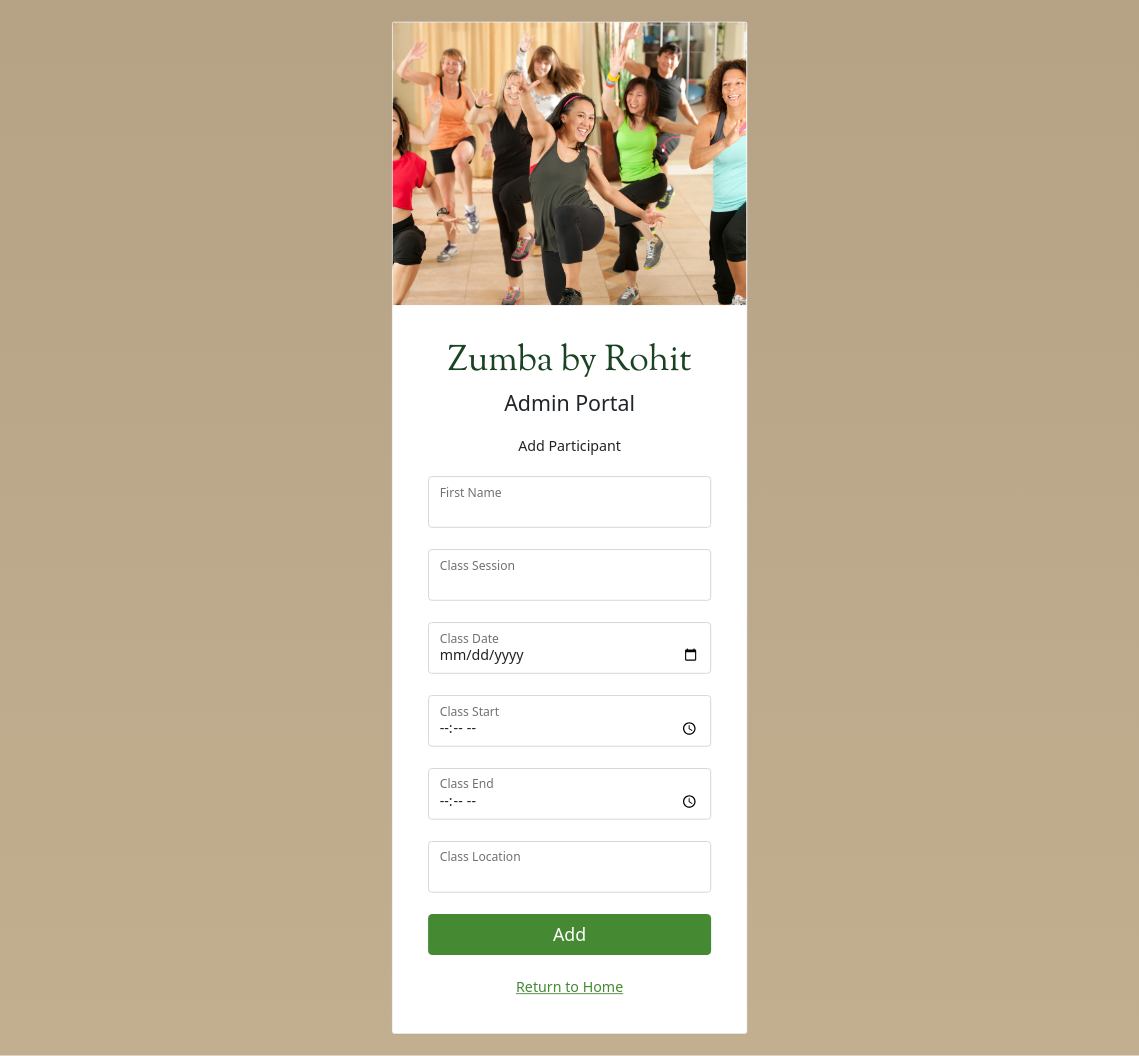
Repository: ronetteguevara/CalTech-ZumbaApp
Page: ZumbaApp/ZumbaApp/src/main/webapp/add-participant.html
The author's editor kept a copy of each file at every save. The page is drawn from the files as they stood at one save, then again after the next save.
The browser window is 1280 px wide. The pictures show the whole page, at 89% of full size.

Above is the page before, as saved 2024-05-01 01:06:35.

### ZumbaApp/ZumbaApp/src/main/webapp/add-participant.html
<!DOCTYPE html>
<html>
<head>
<meta charset="UTF-8">
<title>Add Participant</title>
<link rel="stylesheet" href="css/bootstrap.css"></link>
<link rel="stylesheet" href="style.css"></link>
</head>
<body class="gradient-background">

	<div class="my-4 d-flex justify-content-center col-xl-12 col-lg-12 col-md-12 col-sm-12 col-12" data-new-gr-c-s-check-loaded="14.1169.0" data-gr-ext-installed="">
	<main class="form-signin d-flex justify-content-center">
	<form action="   " method="post">
		<div class="card" style="width: 25rem;">
			<img src="assets/Add_Class.png" class="card-img-top" alt="Rohit smiling">
		<div class="card-body text-center">
			<h1 class="mt-4 mb-2 fw-normal text-center">Zumba by Rohit</h1>
			<h4 class="mb-4 fw-normal text-center">Admin Portal</h4>
			<h6 class="mb-4 fw-normal text-center">Add Participant</h6>
			<div class="form-floating mx-4 my-4">
				<input type="text" name="txtClassName" class="form-control">
				<label for="floatingInput">First Name</label>
			</div>

			<div class="form-floating mx-4 my-4">
				<input type="text" name="txtSession" class="form-control">
				<label for="floatingPassword">Class Session</label>
			</div>

			<div class="form-floating mx-4 my-4">
				<input type="date" name="txtClassDate" class="form-control">
				<label for="floatingPassword">Class Date</label>
			</div>

			<div class="form-floating mx-4 my-4">
				<input type="time" name="txtClassStart" class="form-control">
				<label for="floatingPassword">Class Start</label>
			</div>

			<div class="form-floating mx-4 my-4">
				<input type="time" name="txtClassEnd" class="form-control">
				<label for="floatingPassword">Class End</label>
			</div>

			<div class="form-floating mx-4 my-4">
				<input type="text" name="txtClassLocation" class="form-control">
				<label for="floatingPassword">Class Location</label>
			</div>

			<div class="mx-4 my-4">
			<button class="w-100 btn btn-lg btn-primary button" type="submit">Add</button>
			</div>
			<div class="my-4">
			<a href="Home">Return to Home</a>
			</div>
		</div>
		</div>
    </form>
    </main>
    </div>
</body>
</html>

### ZumbaApp/ZumbaApp/src/main/webapp/style.css
@charset "UTF-8";

.button {
  background-color: #458933;
  border: none;
}

.button:hover {
  background-color: #82c360;
}

a {
  color: #458933;
}

a:hover {
 color: #82c360;
}

a:visited {
  color: #1a4324;
}

h1 {
	font-family: Sorts-Mill-Goudy-Regular;
	color: #1a4324;
}

@font-face {
  font-family: "Sorts-Mill-Goudy-Italic";
  src: url(/assets/Fonts/SortsMillGoudy-Italic.ttf);
}

@font-face {
  font-family: "Sorts-Mill-Goudy-Regular";
  src: url(/assets/Fonts/SortsMillGoudy-Regular.ttf);
}

.gradient-background {
  background: linear-gradient(0deg, #f2e5b9, #b8a588, #774c24);
  background-size: 1000% 1000%;

  -webkit-animation: AnimationName 8s ease infinite;
  -moz-animation: AnimationName 8s ease infinite;
  animation: AnimationName 8s ease infinite;
}

@-webkit-keyframes AnimationName {
  0%{background-position:0% 35%}
  50%{background-position:100% 66%}
  100%{background-position:0% 35%}
}
@-moz-keyframes AnimationName {
  0%{background-position:0% 35%}
  50%{background-position:100% 66%}
  100%{background-position:0% 35%}
}
@keyframes AnimationName {
  0%{background-position:0% 35%}
  50%{background-position:100% 66%}
  100%{background-position:0% 35%}

}

Loaded but not shown: ZumbaApp/ZumbaApp/src/main/webapp/css/bootstrap.css (library)

After the next save:
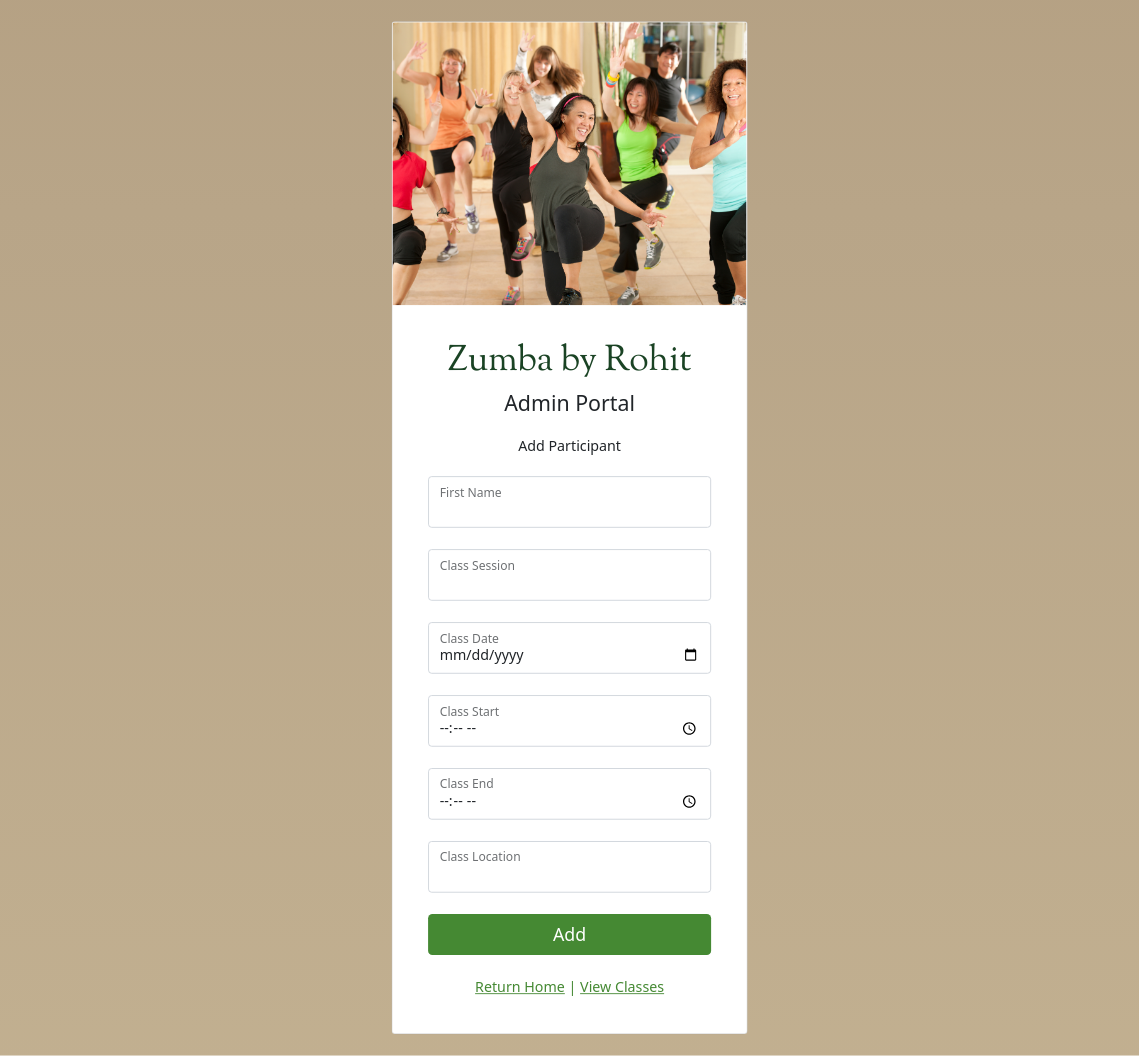
Saved 31 s later.
--- a/ZumbaApp/ZumbaApp/src/main/webapp/add-participant.html
+++ b/ZumbaApp/ZumbaApp/src/main/webapp/add-participant.html
@@ -50,8 +50,9 @@
 			<div class="mx-4 my-4">
 			<button class="w-100 btn btn-lg btn-primary button" type="submit">Add</button>
 			</div>
+
 			<div class="my-4">
-			<a href="Home">Return to Home</a>
+			<p style="color: #458933;"><a href="Home">Return Home</a>   |   <a href="Home">View Classes</a></p>
 			</div>
 		</div>
 		</div>
